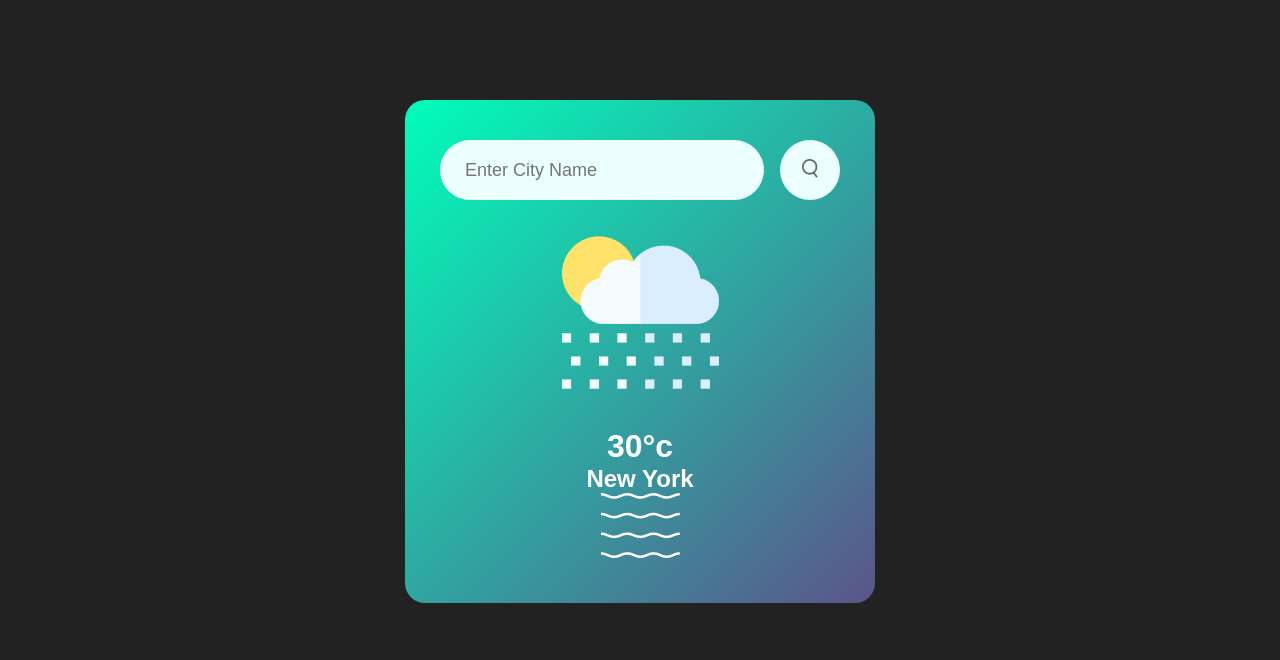
Repository: dubeprince/WeatherApp-Project
Page: WeatherApp/index.html
The author's editor kept a copy of each file at every save. The page is drawn from the files as they stood at one save, then again after the next save.
The browser window is 1280 px wide. The pictures show the whole page.

Above is the page before, as saved 2023-05-26 11:06:51.

### WeatherApp/index.html
<!DOCTYPE html>
<html lang="en">
<head>
    <meta charset="UTF-8">
    <meta http-equiv="X-UA-Compatible" content="IE=edge">
    <meta name="viewport" content="width=device-width, initial-scale=1.0">
    <title>Weather App</title>
    <link rel = "stylesheet" href = "style.css">
</head>
<body>

    <div class="card">
        <div class="search">
            <input type="text" placeholder="Enter City Name" spellcheck="false">
            <button><img src="images/search.png" alt=""></button>
        </div>
        <div class="weather">
            <img src="images/rain.png" class="weather-icon">
            <h1 class="temp">30°c</h1>
            <h2 class="city">New York</h2>
            <div class="details">
                <div class="col">
                    <img src="images/humidity.png" >
                </div>
            </div>
        </div>
    </div>

</body>
</html>

### WeatherApp/style.css
*{
    margin : 0;
    padding: 0;
    font-family: 'Poppins', sans-serif;
    box-sizing: border-box;

}
body{
    background: #222;
}
.card{
    width: 90%;
    max-width: 470px;
    background: linear-gradient(135deg, #00feba, #5b548a);
    color: #fff; /* white */
    margin: 100px auto 0;
    border-radius: 20px;
    padding: 40px 35px;
    text-align: center;

}
.search{
    width: 100%;
    display: flex;
    align-items: center;
    justify-content: space-between;
}
.search input{
    border: 0;
    outline: 0;
    background: #ebfffc;
    color: #555;
    padding: 10px 25px;
    height: 60px;
    border-radius: 30px;
    flex: 1;
    margin-right: 16px;
    font-size: 18px;
}
.search button{
    border: 0;
    outline: 0;
    border-radius: 50%;
    background: #ebfffc;
    width: 60px;
    height: 60px;
    cursor: pointer;

}
.search button img{
    width: 16px;

}

After the next save:
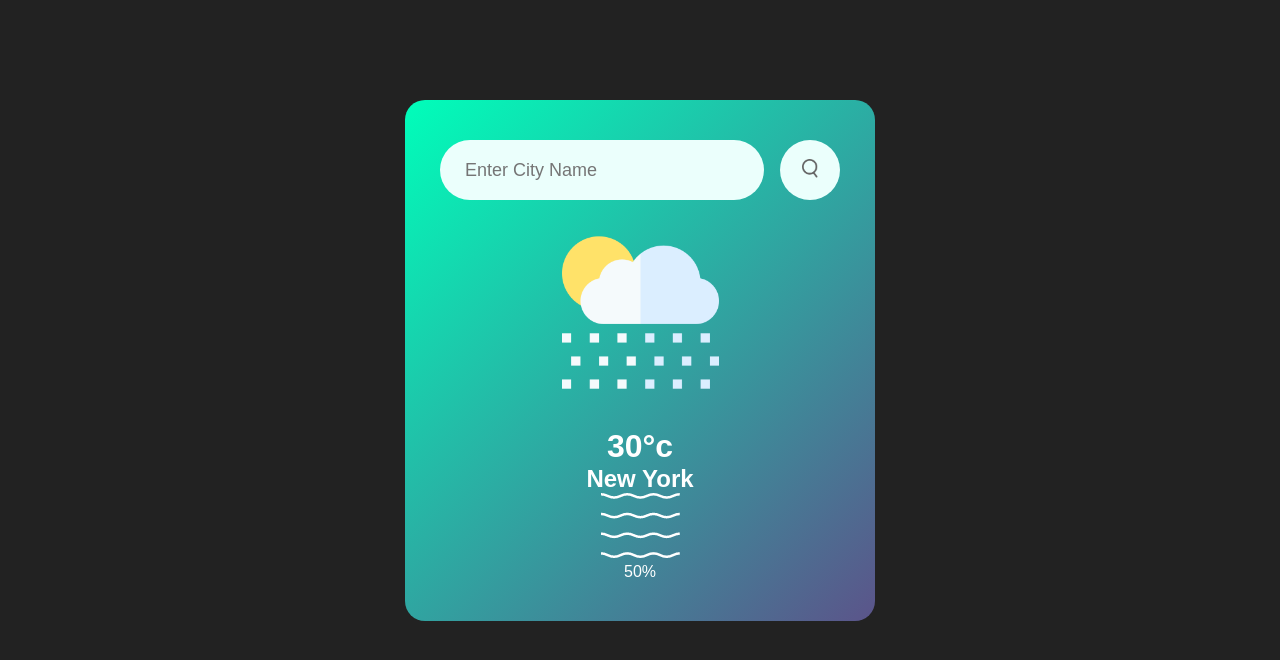
Saved 34 s later.
--- a/WeatherApp/index.html
+++ b/WeatherApp/index.html
@@ -21,6 +21,9 @@
             <div class="details">
                 <div class="col">
                     <img src="images/humidity.png" >
+                    <div>
+                        <p class="humidity">50%</p>
+                    </div>
                 </div>
             </div>
         </div>
